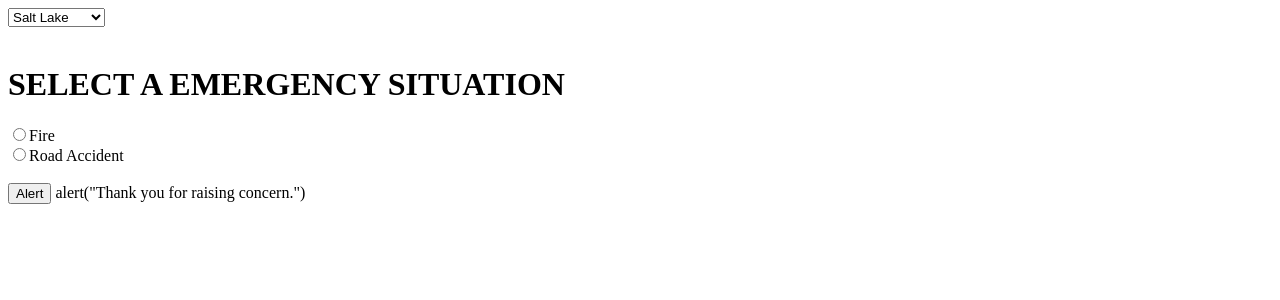
Repository: jeetlovely/ems
Page: EmergencyManagement/WebContent/userpage.html
The author's editor kept a copy of each file at every save. The page is drawn from the files as they stood at one save, then again after the next save.
The browser window is 1280 px wide. The pictures show the whole page.

Above is the page before, as saved 2018-04-29 16:22:38.

### EmergencyManagement/WebContent/userpage.html
<!DOCTYPE html>
<html>
<head>
<meta charset="ISO-8859-1">
<title>Insert title here</title>
</head>
<body>

<form action="Acknowledgement">
<select name="location">
  <option value="22.579956,88.437950">Salt Lake</option>
  <option value="22.5170,88.3658">Gariahat</option>
  <option value="22.5982,88.3687">Shyambazar</option>
</select> <br><br>
<h1>SELECT A EMERGENCY SITUATION</h1>
<input type="radio" name="accidentType" value="msp101">Fire<br>
<input type="radio" name="accidentType" value="msp102">Road Accident<br><br>

<input type="submit" value="Alert">

alert("Thank you for raising concern.")

</form>

</body>
</html>

After the next save:
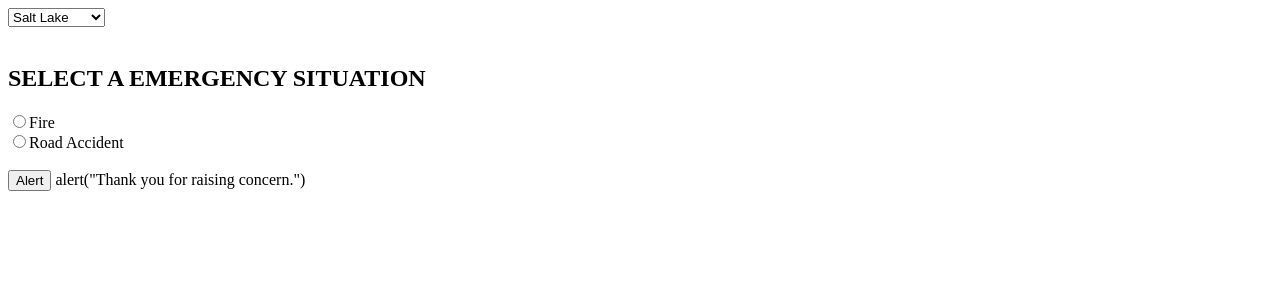
Saved 5 min 29 s later.
--- a/EmergencyManagement/WebContent/userpage.html
+++ b/EmergencyManagement/WebContent/userpage.html
@@ -12,7 +12,7 @@
   <option value="22.5170,88.3658">Gariahat</option>
   <option value="22.5982,88.3687">Shyambazar</option>
 </select> <br><br>
-<h1>SELECT A EMERGENCY SITUATION</h1>
+<h2>SELECT A EMERGENCY SITUATION</h2>
 <input type="radio" name="accidentType" value="msp101">Fire<br>
 <input type="radio" name="accidentType" value="msp102">Road Accident<br><br>
 
